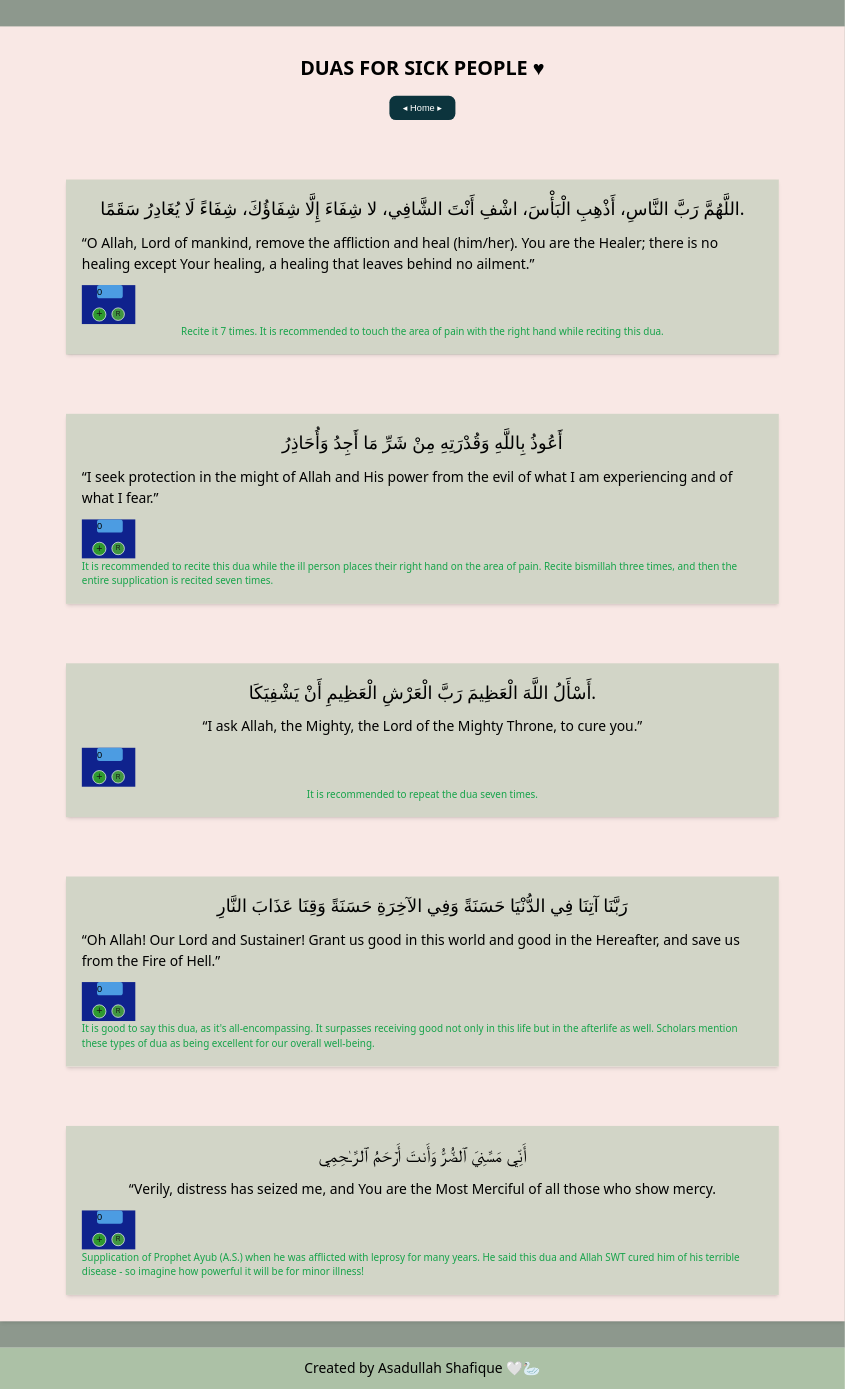
Repository: asadullah48/Duas_Diary
Page: /sick
The author's editor kept a copy of each file at every save. The page is drawn from the files as they stood at one save, then again after the next save.
The browser window is 1280 px wide. The pictures show the whole page, at 66% of full size.
The project was rebuilt for these pictures with package versions that can differ from the ones it lists, and the page was loaded fresh each time. The framework's server and built-in components were replaced by stand-ins that run in the browser. Also part of the build but not shown: next.config.ts.

Above is the page before, as saved 2024-11-30 10:21:52.

After the next save:
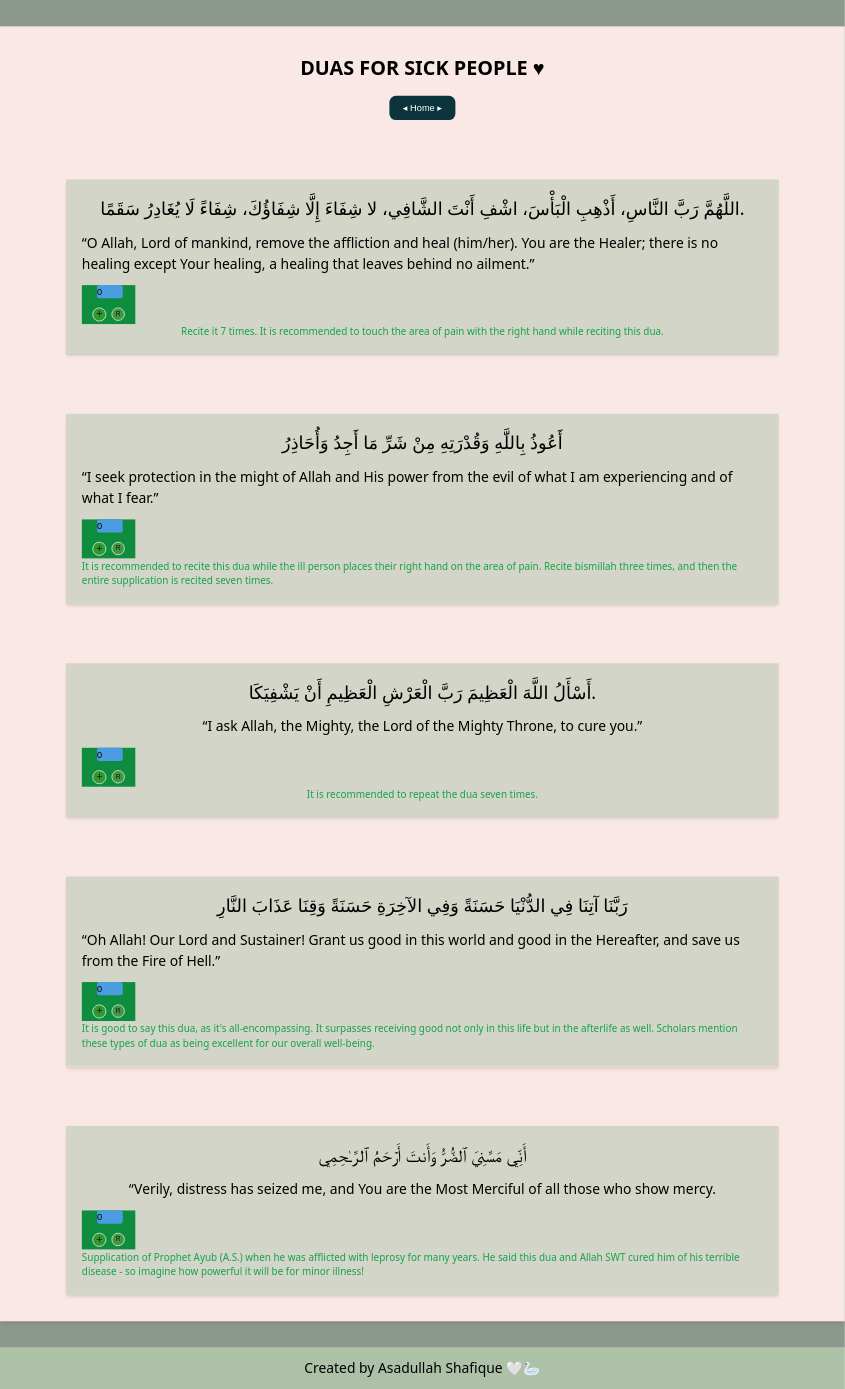
Saved 7 s later.
--- a/src/components/button.tsx
+++ b/src/components/button.tsx
@@ -16,7 +16,7 @@ export default function Button() {
   };
 
   return (
-    <div className="bg-[#0f228d] w-[81px] h-[59px] flex flex-col items-center justify-between">
+    <div className="bg-[#0f8d3f] w-[81px] h-[59px] flex flex-col items-center justify-between">
       <p className="text-black w-[39px] flex text-sm bg-[#4c9ce2] rounded ml-1">
         {count}
       </p>
